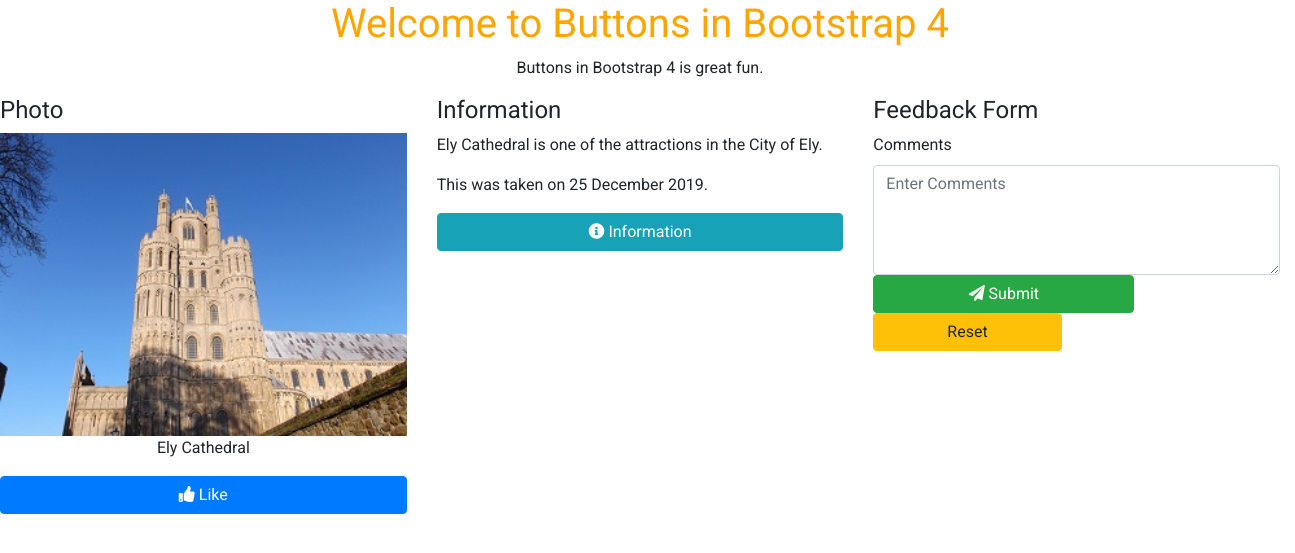
Repository: derektypist/buttons-in-bootstrap-4
Page: index.html
The author's editor kept a record of every edit. The page is drawn from the files as they stood at one moment, then again after the next edit.
The browser window is 1280 px wide. The page is 1295 px wide, so the pictures cover 1295 px, including what lies to the right of the window. The pictures show the whole page.
Some web libraries are served in a nearby version.

Above is the page before.

### index.html
<!DOCTYPE html>
<html lang="en">

<head>
    <meta charset="UTF-8">
    <meta name="viewport" content="width=device-width, initial-scale=1.0">
    <meta http-equiv="X-UA-Compatible" content="ie=edge">
    <title>Buttons in Bootstrap 4</title>
    <!-- Load Style Sheets -->
    <link rel="stylesheet" href="https://maxcdn.bootstrapcdn.com/bootstrap/4.4.1/css/bootstrap.min.css" integrity="sha384-Vkoo8x4CGsO3+Hhxv8T/Q5PaXtkKtu6ug5TOeNV6gBiFeWPGFN9MuhOf23Q9Ifjh" crossorigin="anonymous">
    <link rel="stylesheet" href="https://use.fontawesome.com/releases/v5.8.1/css/all.css" integrity="sha384-50oBUHEmvpQ+1lW4y57PTFmhCaXp0ML5d60M1M7uH2+nqUivzIebhndOJK28anvf" crossorigin="anonymous">
    <link href="https://fonts.googleapis.com/css?family=Roboto&display=swap" rel="stylesheet">
    <link rel="stylesheet" href="style.css">
</head>

<body>
    <!-- Set up Heading -->
    <h1>Welcome to Buttons in Bootstrap 4</h1>
    <p class="text-center">Buttons in Bootstrap 4 is great fun.</p>
    <!-- Set Up Section -->
    <section>
        <!-- Set Up Article -->
        <article class="row">
            <article class="col-sm-4">
                <!-- Display Article Heading -->
                <h4>Photo</h4>
                <!-- Display Image -->
                <figure>
                    <img src="images/ely-cathedral.JPG" alt="Ely Cathedral" class="img-fluid">
                    <figcaption class="text-center">Ely Cathedral</figcaption>
                </figure>
                <!-- Create Button -->
                <button class="btn btn-primary btn-block"><i class="fas fa-thumbs-up"></i> Like</button>

            </article>

            <!-- Set Up Article -->
            <article class="col-sm-4">
                <!-- Display Article Heading -->
                <h4>Information</h4>
                <!-- Display Information -->
                <p>Ely Cathedral is one of the attractions in the City of Ely.</p>
                <p>This was taken on 25 December 2019.</p>
                <!-- Create Button -->
                <button class="btn btn-info btn-block"><i class="fas fa-info-circle"></i> Information</button>
            </article>

            <!-- Set Up Article -->
            <article class="col-sm-4">
                <!-- Display Article Heading -->
                <h4>Feedback Form</h4>
                <!-- Set Up Form for Comments -->
                <form>
                    <label for="comments">Comments</label>
                    <textarea class="form-control" placeholder="Enter Comments" rows="4" id="comments"></textarea>
                    <!-- Set up Row -->
                    <article class="row">
                        <!-- Set up column for Submit Button -->
                        <article class="col-sm-8 col-xs-8">
                            <button type="submit" value="Submit" class="btn btn-success btn-block" onclick="acknowledge()"><i class="fa fa-paper-plane"></i> Submit</button>
                        </article>
                        <!-- Set up column for Reset Button -->
                        <article class="col-sm-6 col-xs-6">
                            <button type="reset" value="Reset" class="btn btn-warning btn-block">Reset</button>
                        </article>

                    </article>

                </form>

                <!-- Display Acknowledgement -->
                <p id="message"></p>
            </article>
        </article>
    </section>
    <!-- Load Script -->
    <script>
        // Function to Acknowledge input of comments
        function acknowledge() {
            document.getElementById("message").innerHTML = "Thank you for your input";
        }
    </script>
</body>

</html>

### style.css
/* Body */
body {
    font-family: "Roboto", Arial, Verdana, sans-serif;
}

/* Heading H1 */
h1 {
    text-align: center;
    color: orange;
}

/* Images */
img {
    display: block;
    margin: auto;
    width: 100%;
}

.mypadding {
    padding: 5px;
}

After the next edit:
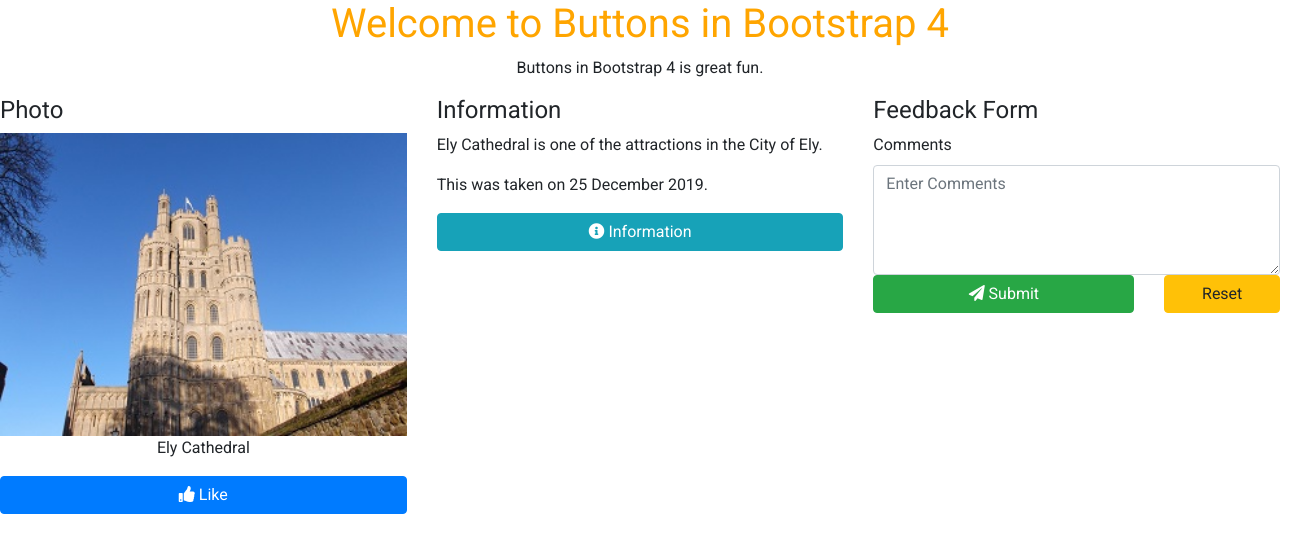
The edit:
--- a/index.html
+++ b/index.html
@@ -60,7 +60,7 @@
                             <button type="submit" value="Submit" class="btn btn-success btn-block" onclick="acknowledge()"><i class="fa fa-paper-plane"></i> Submit</button>
                         </article>
                         <!-- Set up column for Reset Button -->
-                        <article class="col-sm-6 col-xs-6">
+                        <article class="col-sm-4 col-xs-4">
                             <button type="reset" value="Reset" class="btn btn-warning btn-block">Reset</button>
                         </article>
 
